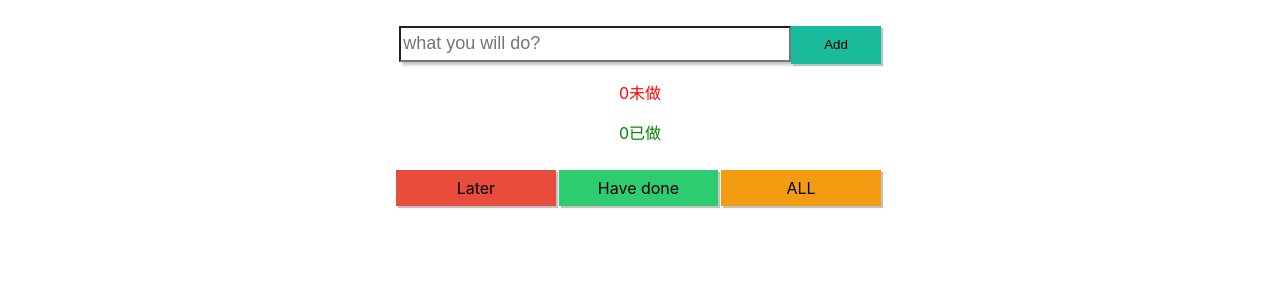
Repository: yurensmile/todolist
Page: /
The author's editor kept a copy of each file at every save. The page is drawn from the files as they stood at one save, then again after the next save.
The browser window is 1280 px wide. The pictures show the whole page.
The project was rebuilt for these pictures with package versions that can differ from the ones it lists, and the page was loaded fresh each time. Also part of the build but not shown: src/All.js, src/HaveDone.js.

Above is the page before, as saved 2019-03-20 17:52:25.

After the next save:
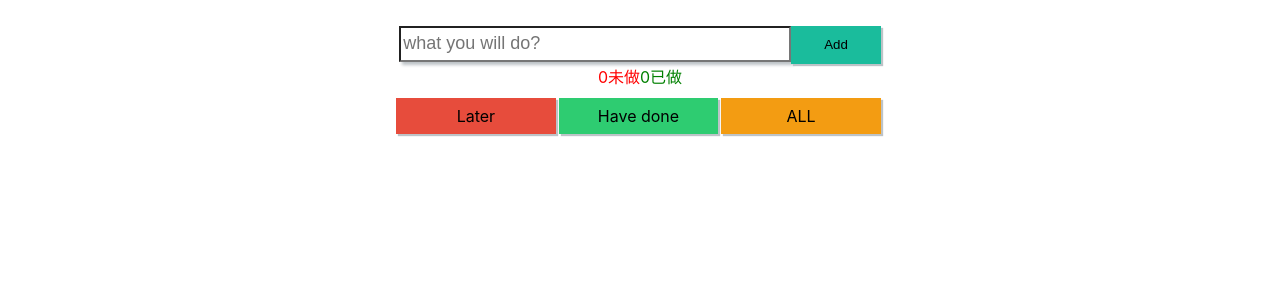
Saved 13 s later.
--- a/src/App.js
+++ b/src/App.js
@@ -81,8 +81,8 @@ class App extends Component {
       <div className="App">
         <input type="text" placeholder="what you will do?" name="todo" value={this.state.inputValue} onChange={this.updateInputValue.bind(this)}/>
         <button onClick={this.handleOnClick.bind(this)}>Add</button><br/>
-        <p style={{color: "red"}}>{this.state.laters.length}未做</p>
-        <p style={{color: "green"}}>{this.state.havedones.length}已做</p>
+        <span style={{color: "red"}}>{this.state.laters.length}未做</span>
+        <span style={{color: "green"}}>{this.state.havedones.length}已做</span>
         <div id="content" onClick={this.contentOnclick.bind(this)}>
           <div className="choice later">Later</div>
           <div className="choice havedone" >Have done</div>
